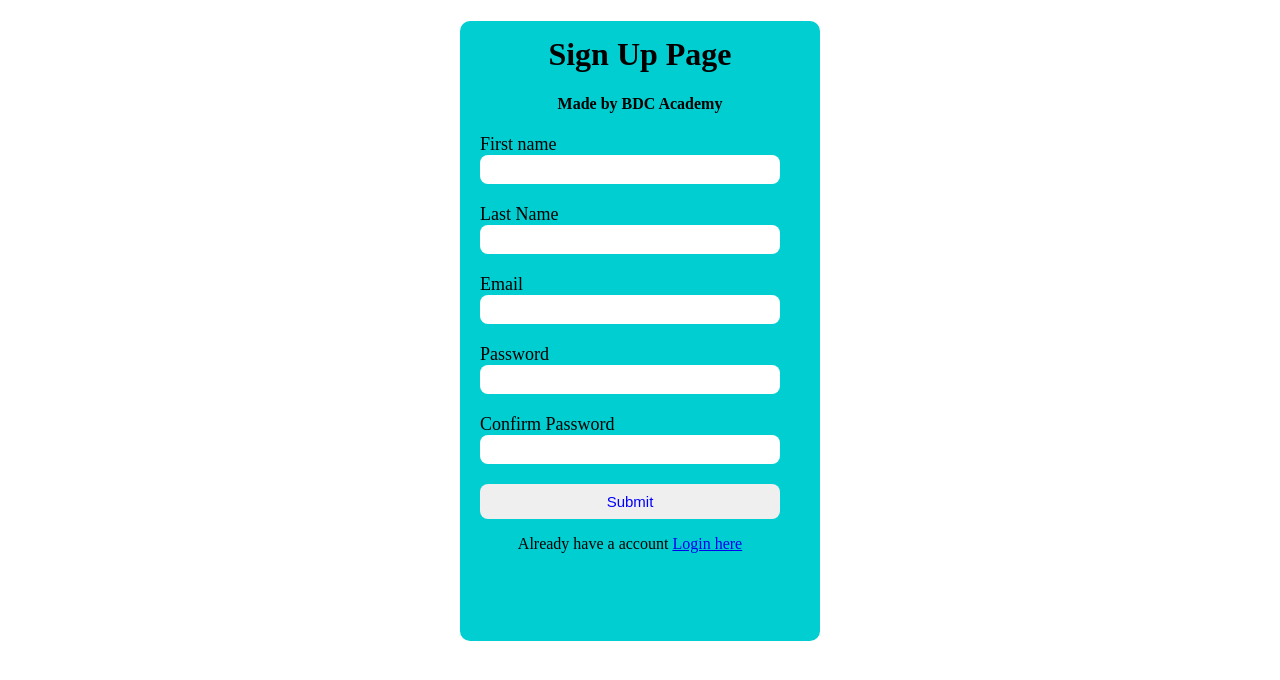
Repository: Tobby004/Sign-up-page
Page: index.html
The author's editor kept a copy of each file at every save. The page is drawn from the files as they stood at one save, then again after the next save.
The browser window is 1280 px wide. The pictures show the whole page.

Above is the page before, as saved 2023-02-23 02:00:55.
Not found: IMG_9728.JPG

After the next save:
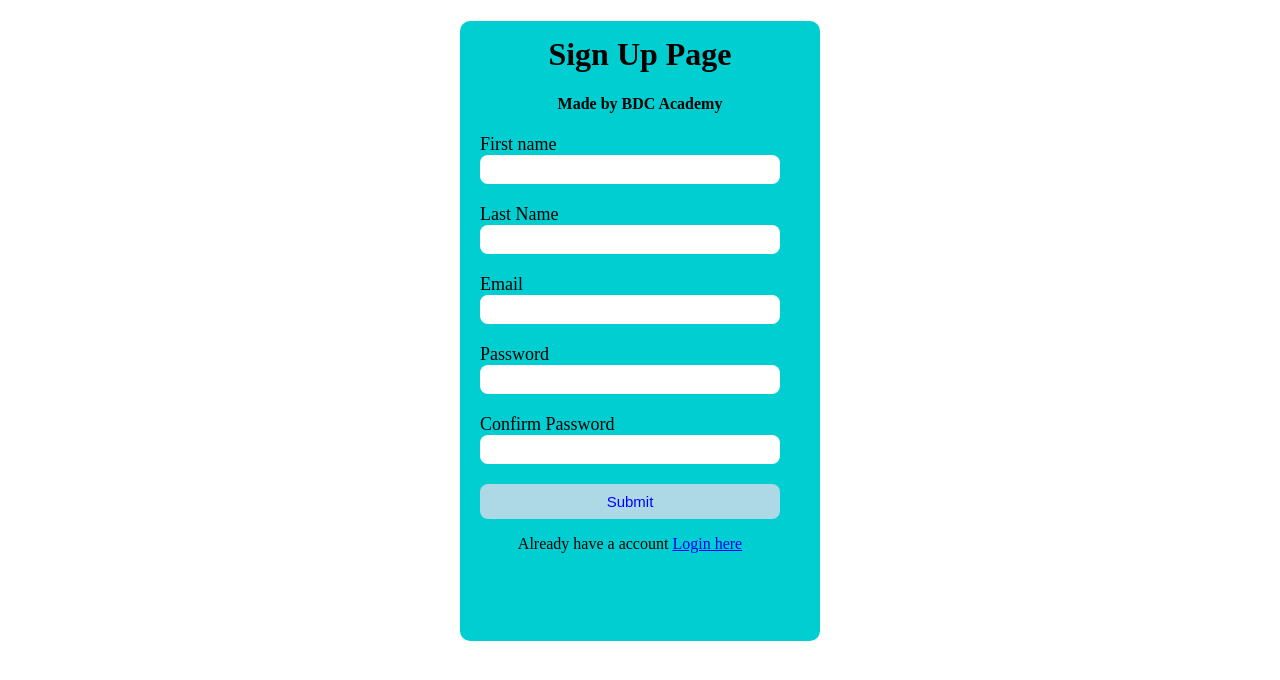
Saved 72 s later.
--- a/style.css
+++ b/style.css
@@ -42,7 +42,7 @@ input[type="button"]{
     margin-top: 20px;
     border: none;
     color: blue;
-    background-color:;
+    background-color:lightblue;
     font-size: 15px;
 }
 p{
